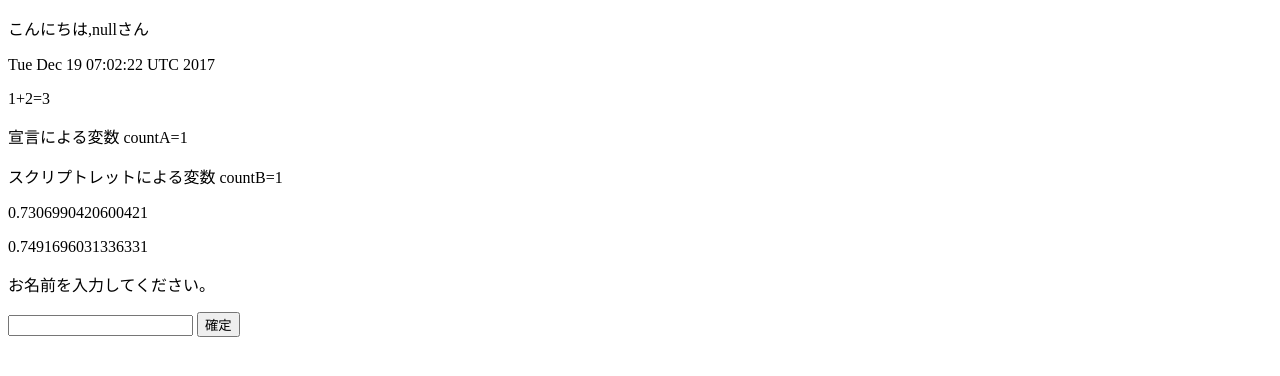
Repository: SNMAGNET/backup
Page: http://localhost/HelloJSP/
The author's editor kept a copy of each file at every save. The page is drawn from the files as they stood at one save, then again after the next save.
The browser window is 1280 px wide. The pictures show the whole page.
The page is served by Tomcat 9.

Above is the page before, as saved 2017-12-20 04:00:37.

### HelloJSP/WebContent/index.jsp
<%@ page language ="java" contentType="text/html;charset=UTF-8"  pageEncoding="UTF-8"%>
<!DOCTYPE html>
<html>
  <head>
  <meta charset="utf-8">
  <title>TEST</title>
  </head>
  <body>
  <% request.setCharacterEncoding("UTF-8"); %>
  <p>こんにちは,<%=request.getParameter("user") %>さん</p>
  <% out.println(new java.util.Date()); %>

  <%! static int add(int a, int b){
	  return a+b;
  }  %>
  <p>1+2=<%= add(1,2) %></p>

  <%! static int countA=0; %>
  <%
  int countB=0;
  countA++;
  countB++;

  %>

  <p>宣言による変数 countA=<%=countA %></p>
  <p>スクリプトレットによる変数 countB=<%=countB %></p>

  <p><% out.println(Math.random()); %></p>
<p><%=Math.random() %></p>

<p>お名前を入力してください。</p>
<form method="post"
      action="greeting-out.jsp
      plaseholder="Enter your name">
<input type="text"
       name="user"
       >
<input type="submit"
       value="確定">
</form>

  </body>


</html>

After the next save:
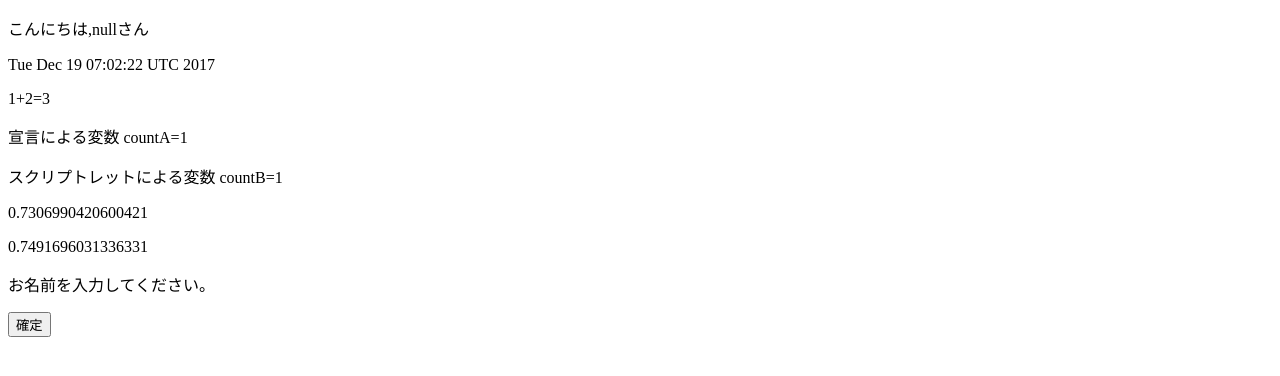
Saved 79 s later.
--- a/HelloJSP/WebContent/index.jsp
+++ b/HelloJSP/WebContent/index.jsp
@@ -31,10 +31,10 @@
 
 <p>お名前を入力してください。</p>
 <form method="post"
-      action="greeting-out.jsp
-      plaseholder="Enter your name">
+      action="greeting-out.jsp>
 <input type="text"
        name="user"
+        plaseholder="Enter your name"
        >
 <input type="submit"
        value="確定">

After the save that followed:
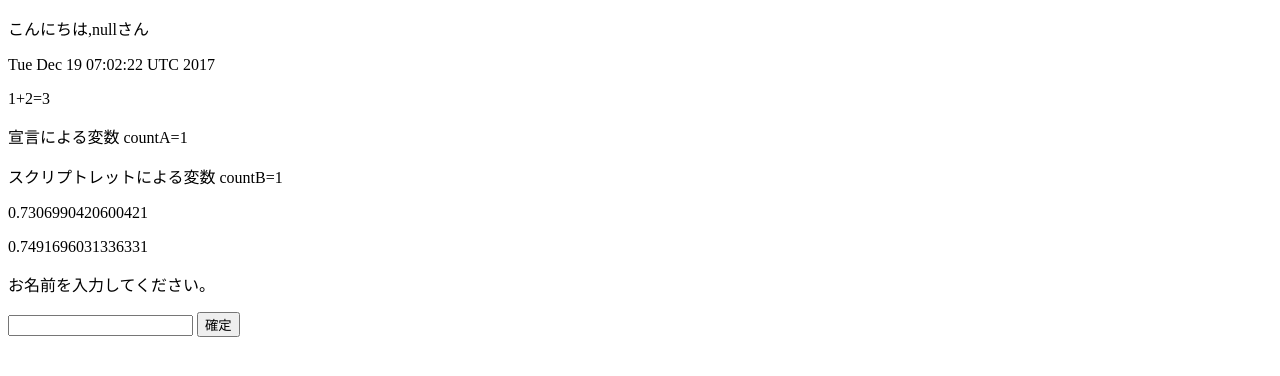
Saved 43 s later.
--- a/HelloJSP/WebContent/index.jsp
+++ b/HelloJSP/WebContent/index.jsp
@@ -31,11 +31,10 @@
 
 <p>お名前を入力してください。</p>
 <form method="post"
-      action="greeting-out.jsp>
+      action="greeting-out.jsp">
 <input type="text"
        name="user"
-        plaseholder="Enter your name"
-       >
+       plaseholder="Enter your name">
 <input type="submit"
        value="確定">
 </form>
